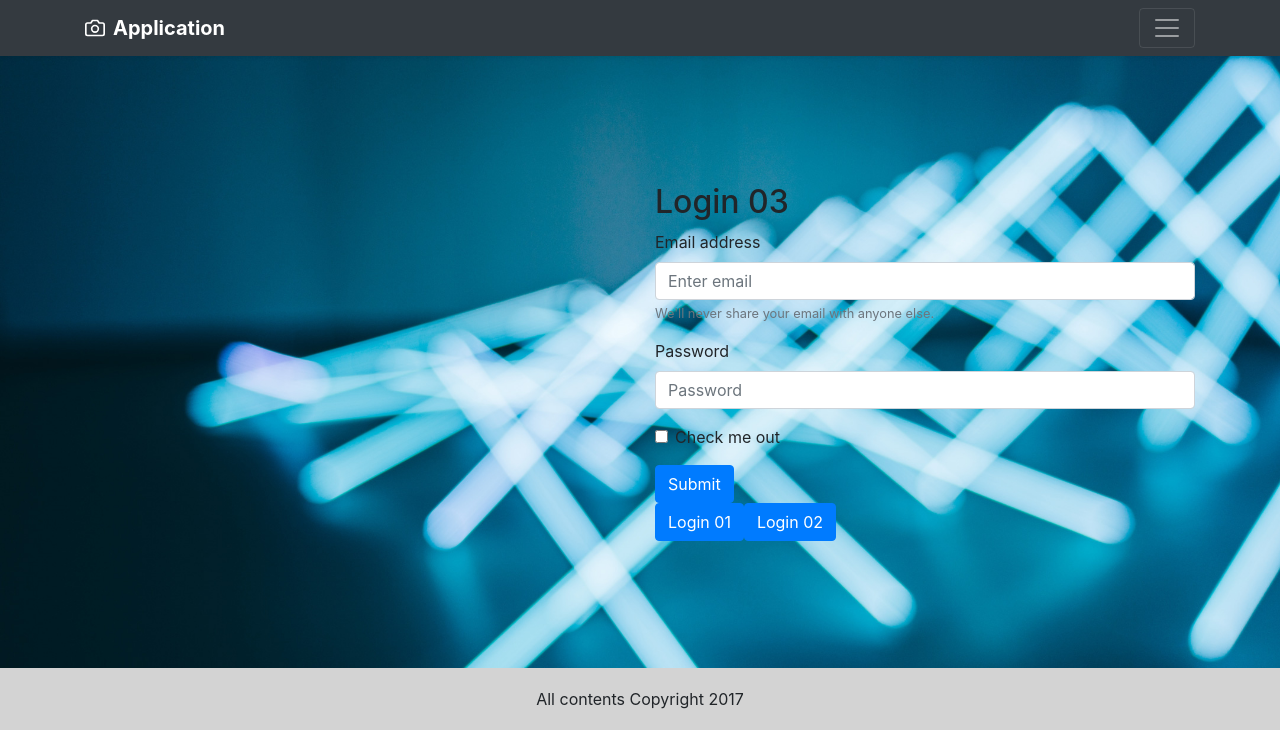
Repository: bijoysen/angular7-landing-login
Page: /
An editor plug-in stored every save of this project. The page is shown before and after the next save, followed by the edit.
The browser window is 1280 px wide. The pictures show the whole page.
The project was rebuilt for these pictures with package versions that can differ from the ones it lists, and the page was loaded fresh each time. Also part of the build but not shown: angular.json, src/app/pre/landing/landing.component.ts, src/app/pre/login-one/login-one.component.ts.

Above is the page before, as saved 2018-12-17 19:32:43.

After the next save:
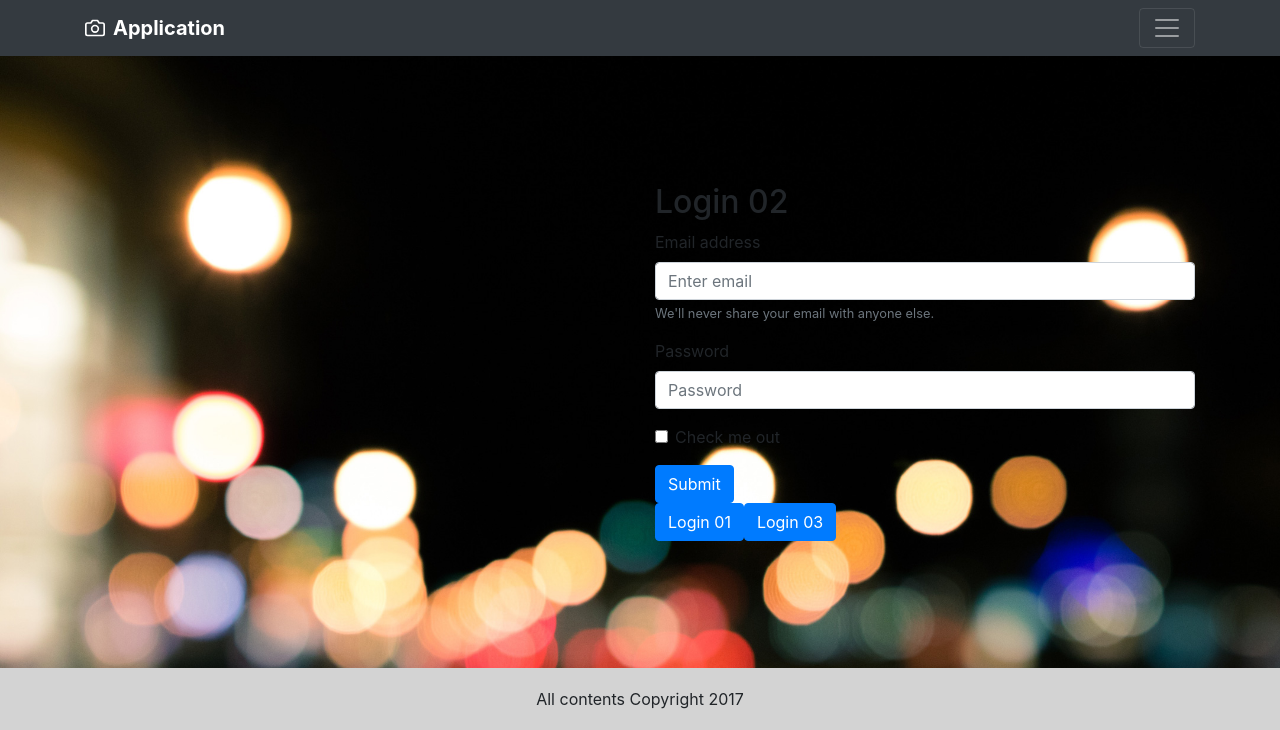
Saved 15 s later.
--- a/src/app/app.component.html
+++ b/src/app/app.component.html
@@ -2,7 +2,7 @@
 <router-outlet></router-outlet>
 <!-- <app-landing></app-landing> -->
 <!-- <app-login-one></app-login-one> -->
-<!-- <app-login-two></app-login-two> -->
-<app-login-three></app-login-three>
+<app-login-two></app-login-two>
+<!-- <app-login-three></app-login-three> -->
 
 <app-footer></app-footer>
